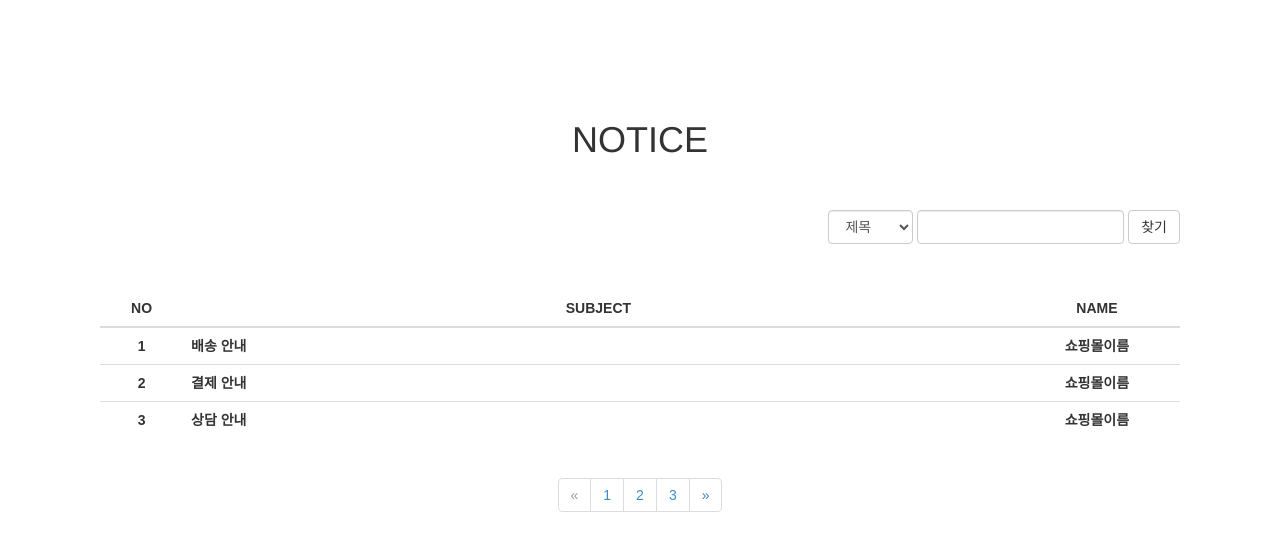
Repository: jaeeunzzang/sist_ShoppingMall
Page: http://localhost/web/notice.jsp
An editor plug-in stored every save of this project. The page is shown before and after the next save, followed by the edit.
The browser window is 1280 px wide. The pictures show the whole page.
Some web libraries are served in a nearby version. The page is served by Tomcat 9. Other server files are loaded and not shown.

Above is the page before, as saved 2020-11-20 06:44:38.

### shop/web/src/main/webapp/notice.jsp
<%@ page language="java" contentType="text/html; charset=UTF-8" pageEncoding="UTF-8"%>
<%@ taglib prefix="c" uri="http://java.sun.com/jstl/core_rt"%>
<%@ taglib prefix="function" uri="http://java.sun.com/jsp/jstl/functions"%>
<!DOCTYPE html>
<html>
<head>
<meta charset="UTF-8">
<title>Insert title here</title>
<link href="/web/css/bootstrap.min.css" rel="stylesheet">
<link href="/web/css/kfonts2.css" rel="stylesheet">
<style>
body {
	padding: 100px;
}
</style>
<script src="https://ajax.googleapis.com/ajax/libs/jquery/1.11.0/jquery.min.js"></script>
<script src="/web/js/bootstrap.min.js"></script>
<script src="https://code.jquery.com/jquery-3.5.1.min.js"></script>
<script type="text/javascript">
	$(function() {

	});
</script>

</head>
<body>
	<div id="body">

		<h1 align="center">NOTICE</h1>
		<br>
		<br>
		<form role="form" class="form-inline pull-right">
			<select class="form-control">
				<option>제목</option>
				<option>내용</option>
				<option>글쓴이</option>
			</select> <input type="text" class="form-control input-s">
			<button type="button" class="btn btn-default btn-s">찾기</button>
		</form>
		<br>
		<br>
		<br>
		<br>
		<table class="table table-hover">
			<colgroup>
				<col width="50" />
				<col width="500" />
				<col width="100" />
			</colgroup>
			<thead>
				<tr>
					<th class="text-center">NO</th>
					<th class="text-center">SUBJECT</th>
					<th class="text-center">NAME</th>
				</tr>
			</thead>
			<tbody>
				<tr>
					<th class="text-center">1</th>
					<th>배송 안내</th>
					<th class="text-center">쇼핑몰이름</th>
				</tr>
				<tr>
					<th class="text-center">2</th>
					<th>결제 안내</th>
					<th class="text-center">쇼핑몰이름</th>
				</tr>
				<tr>
					<th class="text-center">3</th>
					<th>상담 안내</th>
					<th class="text-center">쇼핑몰이름</th>
				</tr>
			</tbody>
		</table>

		<div class="text-center">
			<ul class="pagination">
				<li class="disabled"><a href="#">
						<span>«</span>
					</a></li>
				<li><a href="#">1</a></li>
				<li><a href="#">2</a></li>
				<li><a href="#">3</a></li>
				<li><a href="#">
						<span>»</span>
					</a></li>
			</ul>
		</div>
	</div>
</body>
</html>

### shop/web/src/main/webapp/css/kfonts2.css
@font-face {
	font-family: 'NanumBarunGothic';
	src: url("../fonts/NanumBarunGothic.eot");
	src: local("☺"), url("../fonts/NanumBarunGothic.woff") format("woff");
}

body {
	font-family: "맑은 고딕", "Malgun Gothic", sans-serif;
}

h1, h2, h3, h4, h5 {
	font-family: "Helvetica Neue", Helvetica, Arial, "NanumBarunGothic",
		sans-serif;
}

Loaded but not shown: shop/web/src/main/webapp/css/bootstrap.min.css (library); shop/web/src/main/webapp/js/bootstrap.min.js (library)

After the next save:
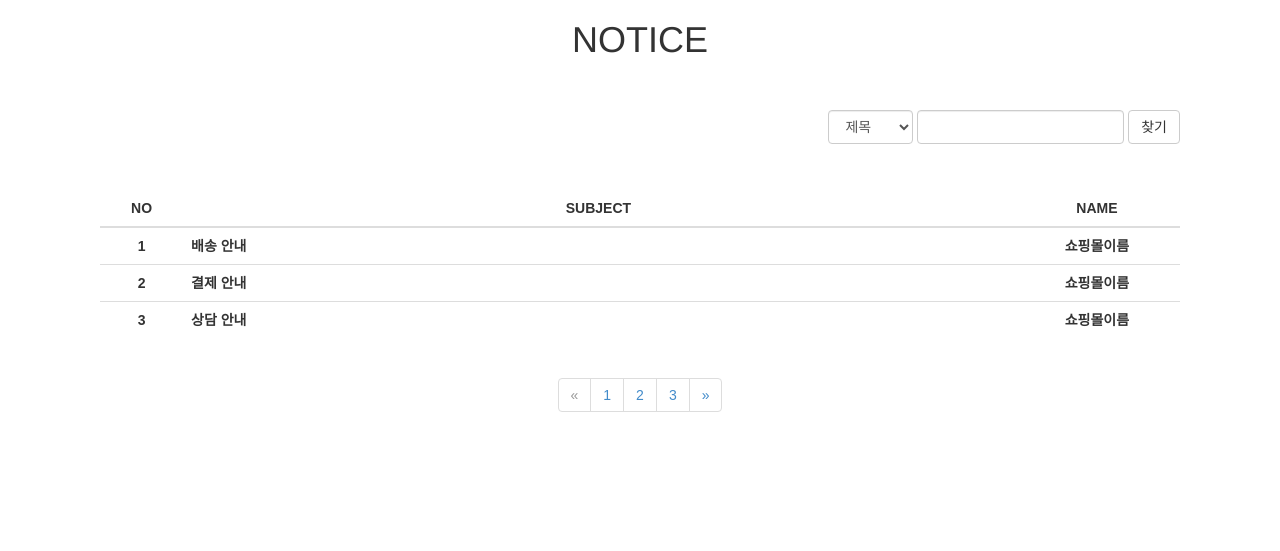
Saved 18 s later.
--- a/shop/web/src/main/webapp/notice.jsp
+++ b/shop/web/src/main/webapp/notice.jsp
@@ -9,8 +9,9 @@
 <link href="/web/css/bootstrap.min.css" rel="stylesheet">
 <link href="/web/css/kfonts2.css" rel="stylesheet">
 <style>
-body {
-	padding: 100px;
+#body {
+	padding-left: 100px;
+	padding-right: 100px;
 }
 </style>
 <script src="https://ajax.googleapis.com/ajax/libs/jquery/1.11.0/jquery.min.js"></script>
